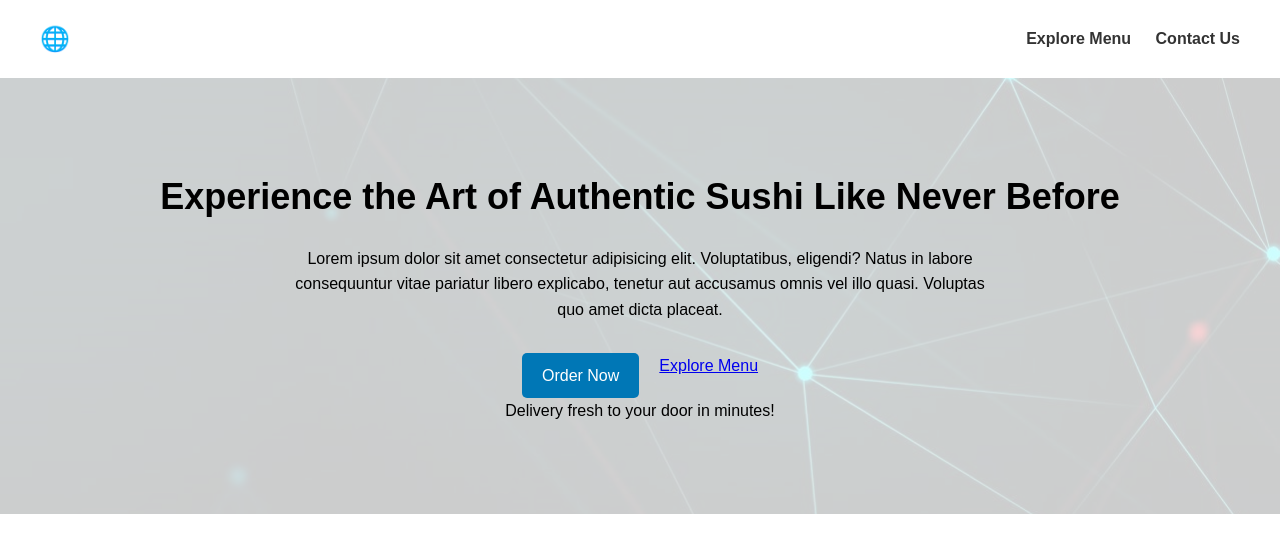
Repository: Femi007-gh/experience
Page: index.html
The author's editor kept a copy of each file at every save. The page is drawn from the files as they stood at one save, then again after a run of saves.
The browser window is 1280 px wide. The pictures show the whole page.
The pointer rests on the first visible `.btn-primary`.

Above is the page before, as saved 2025-01-16 07:00:18.

### index.html
<html>
  <head>
    <title></title>
    <link rel="stylesheet" href="style.css">
  </head>
  <body>
    <header>
      <div class="logo">🌐</div>
      <nav>
        <a href="#">Explore Menu</a>
        <a href="#">Contact Us</a>
      </nav>
    </header>
    <main>
      <section class="hero">
        <h1>Experience the Art of Authentic Sushi Like Never Before</h1>
        <p>Lorem ipsum dolor sit amet consectetur adipisicing elit. Voluptatibus, eligendi? Natus in labore consequuntur vitae pariatur libero explicabo, tenetur aut accusamus omnis vel illo quasi. Voluptas quo amet dicta placeat.</p>
        <div class="cta-buttons">
          <a href="#" class="btn-primary">Order Now</a>
          <a href="#" class="btn-secondary">Explore Menu</a>
        </div>
        <p class="delivery-info">Delivery fresh to your door in minutes!</p>
      </section>
    </main>
  </body>
</html>

### style.css
/* body or * */
body {
  padding: 0;
  margin: 0;
  background-color: white;
  font-family: Arial, Helvetica, sans-serif;
  line-height: 1.6;
}

header {
  display: flex;
  justify-content: space-between;
  align-items: center;
  padding: 20px 40px;
  background-color: #fff;
}

header .logo {
  font-size: 24px;
}

header nav a {
  text-decoration: none;
  margin-left: 20px;
  color: #333;
  font-weight: 600;
}

header nav a:hover {
  color: #0077b6;
}

.hero {
  text-align: center;
  padding: 60px 20px;
  background: #fff url('ART.jpg') no-repeat center;
  background-size: cover;
  position: relative;
}

.hero::before {
  content: "";
  position: absolute;
  top: 0;
  left: 0;
  width: 100%;
  height: 100%;
  background-color: rgba(255, 255, 255, 0.8);
}

.hero h1 {
  font-size: 36px;
  font-weight: 700;
  position: relative;
  margin-bottom: 20px;
}

.hero p {
  max-width: 700px;
  margin: 0 auto 30px;
  position: relative;
}

.cta-buttons {
  display: flex;
  justify-content: center;
  gap: 20px;
  margin-top: 20px;
  position: relative;
}

.btn-primary {
  color: #fff;
  text-decoration: none;
  padding: 10px 20px;
  border-radius: 5px;
  background: #0077b6;
}

.btn-primary:hover {
  background-color: #00
}

After the next 3 saves:
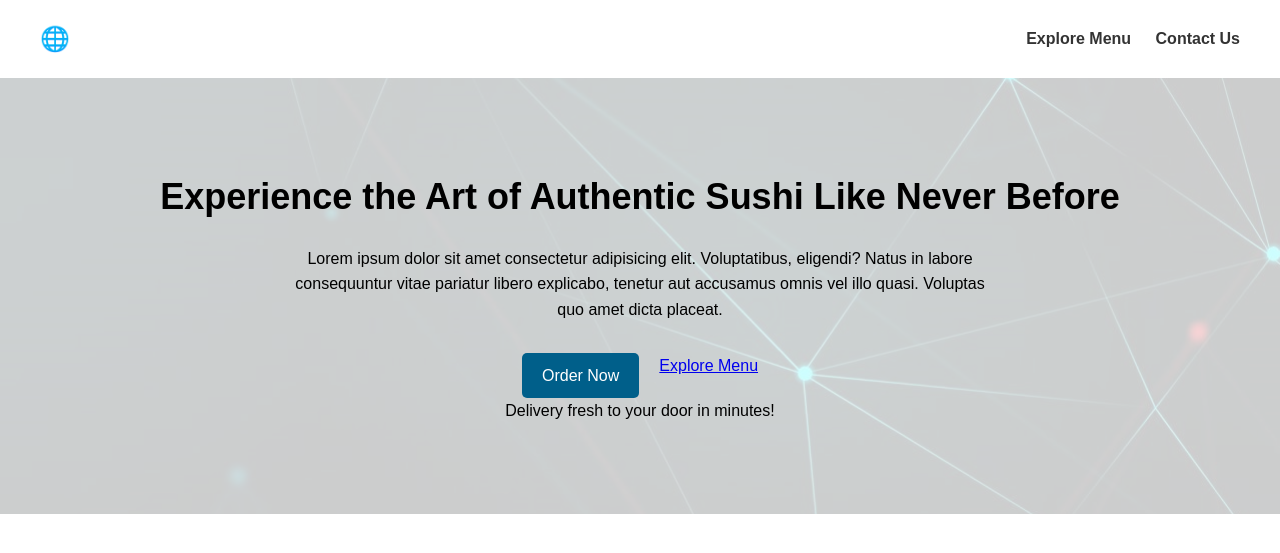
The 3 saves are shown as one change because they came seconds apart.
The last was saved 8 s later.
--- a/style.css
+++ b/style.css
@@ -78,5 +78,5 @@ header nav a:hover {
 }
 
 .btn-primary:hover {
-  background-color: #00
+  background-color: #005f8a
 }
